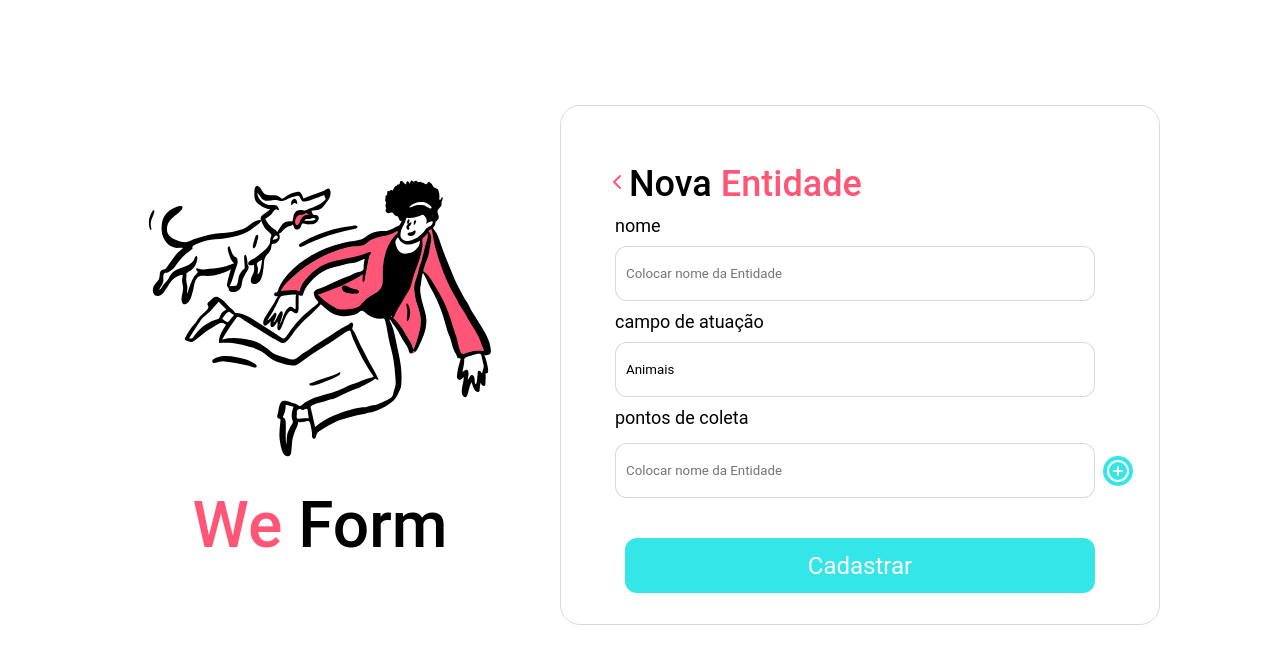
Repository: guilhermecardoso93/we-form
Page: nova-entidade.html
The author's editor kept a copy of each file at every save. The page is drawn from the files as they stood at one save, then again after the next save.
The browser window is 1280 px wide. The pictures show the whole page.
Some web libraries are served in a nearby version.

Above is the page before, as saved 2024-06-09 18:48:01.

### nova-entidade.html
<!DOCTYPE html>
<html lang="pt-BR">

<head>
    <meta charset="UTF-8">
    <meta name="viewport" content="width=device-width, initial-scale=1.0">
    <link rel="stylesheet" href="https://cdnjs.cloudflare.com/ajax/libs/font-awesome/5.13.1/css/all.min.css">
    <link rel="stylesheet" href="./styles.css">
    <title>We Form</title>
</head>

<body>
    <div class="content">

        <aside>
            <img src="./assets/hero.svg" alt="Ilustração mulher com cachorro" />
            <h1>
                <span>We</span> Form
            </h1>
        </aside>

        <main>
            <div class="header">
                <a href="/">
                    <img src="./assets/arrow-back.svg" alt="seta" />
                </a href="/">
                <h2>Nova <span>Entidade</span></h2>
            </div>

            <form>
                <label form="nome">Nome</label>
                <input type="text" placeholder="Colocar nome da Entidade" id="nome">

                <label form="field">Campo de Atuação</label>
                <div class="select-div">
                    <select type placeholder="Colocar o campo de Atuação da Entidade" id="field">
                        <option value="" disabled>Selecione uma opção</option>
                        <option>Animais</option>
                        <option>Crianças</option>
                        <option>Meio Ambiente</option>
                    </select>
                </div>


                <div class="points-things">
                    <label form="points">Pontos de coleta</label>

                    <input type="text" placeholder="Colocar nome da Entidade" id="points">
                    <button>
                                <img src="./assets/plus.svg" alt />
                            </button>

                </div>
            </form>
            <div class="buttons">
                <button>
                            <a href="http://">Cadastrar </a>
                        </div>

                    </main>
                </div>
            </body>

        </html>

### styles.css
* {
  padding: 0;
  margin: 0;
  box-sizing: border-box;
  font-family: Roboto, sans-serif;
}

:root {
  font-size: 62.5%;
  --border-color: .1rem solid rgba(0, 0, 0, 0.15);
}

body {
  font-size: 1.6rem;
  text-decoration: none;
}

button {
  cursor: pointer;
}

.content {
  display: flex;
  flex-wrap: wrap-reverse;
  align-items: center;
  justify-content: center;
  gap: 4rem;
  margin: 10.5rem 0 4rem 0;
}


aside {
  display: flex;
  flex-direction: column;
  align-items: center;
  justify-content: center;
  gap: 2rem;
}

aside h1 {
  font-size: 6.4rem;
  font-weight: 500;
  line-height: 75px;
}

aside h1>span, main h2>span {
  color: #FF5678;
}

aside img {
  width: 40rem;
}


main {
  width: 60rem;
  height: 52rem;
  border: var(--border-color);
  border-radius: 20px;
  padding: 5.7rem 4.4rem;
  position: relative;
}

main h2 {
  max-width: 43rem;
  font-size: 3.6rem;
  font-weight: 500;
}

.buttons {
  display: flex;
  flex-direction: column;
  justify-content: center;
  gap: 3.5rem;
  margin: 2rem;
}


.buttons button {
  background-color: #35e6e9;
  height: 5.5rem;
  border: none;
  border-radius: 12px;
}

.buttons button:hover {
  opacity: 0.5;
}

.buttons button a {
  text-decoration: none;
  color: #fff;
  font-size: 2.4rem;
}

.buttons button+button {
  background-color: #FF5678;
}

.footer {
  display: flex;
  flex-direction: column;
  align-items: center;
  justify-content: center;
  gap: 1rem;
}

.footer p {
  font-size: 1.6rem;
  margin-top: 8rem;
}

.footer a {
  font-size: 1.2rem;
  color: #000;
  text-decoration: none;
}

main form {
  display: flex;
  flex-direction: column;
  padding: 1rem;
}

main form input, main form select {
  width: 48rem;
  height: 5.5rem;
  background-color: #ffff;
  border: var(--border-color);
  border-radius: 12px;
  padding: 1rem;
  margin-bottom: 1rem;
}

main form select {
  appearance: none;
}
.select-div {
  position: relative;
}

.select-div::after {
  content: "";
  z-index: 1;
}



main form label {
  font-size: 1.8rem;
  font-weight: 400;
  text-transform: lowercase;
  margin-bottom: 1rem;
  display: block;
}

.header {
  display: flex;
  align-items: center;
}

.points-things {
  display: flex;
  flex-direction: column;
  justify-content: space-between;
  align-items: start;
  gap: 0.5rem;
  position: relative;
}

.points-things button {
  display: flex;
  border: none;
  border-radius: 50px;
  height: 30px;
  width: 30px;
  align-items: center;
  justify-content: center;
  background-color: #35e6e9;
  position: absolute;
  right: -2.8rem;
  top: calc(2.7rem + 2.2rem);
  cursor: pointer;
}

### assets/arrow-back.svg
<svg xmlns="http://www.w3.org/2000/svg" width="24" height="24" viewBox="0 0 24 24" fill="none" stroke="#FF5678" stroke-width="2" stroke-linecap="round" stroke-linejoin="round" class="lucide lucide-chevron-left"><path d="m15 18-6-6 6-6"/></svg>

### assets/plus.svg
<svg xmlns="http://www.w3.org/2000/svg" width="24" height="24" viewBox="0 0 24 24" fill="none" stroke="#fff" stroke-width="2" stroke-linecap="round" stroke-linejoin="round" class="lucide lucide-circle-plus"><circle cx="12" cy="12" r="10"/><path d="M8 12h8"/><path d="M12 8v8"/></svg>

After the next save:
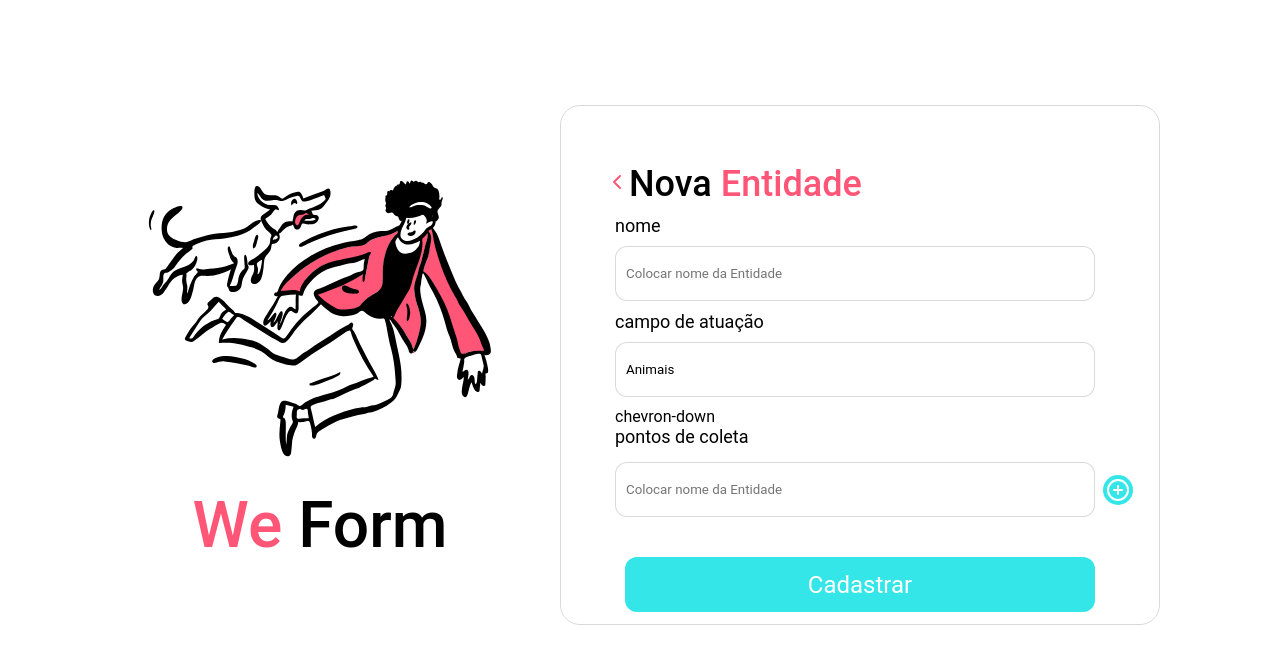
Saved 110 s later.
--- a/styles.css
+++ b/styles.css
@@ -1,3 +1,5 @@
+@import 'lucide-static/font/Lucide.css';
+
 * {
   padding: 0;
   margin: 0;
@@ -140,8 +142,9 @@
 }
 
 .select-div::after {
-  content: "";
+  content: "chevron-down";
   z-index: 1;
+
 }
 
 

After the 3 saves that followed:
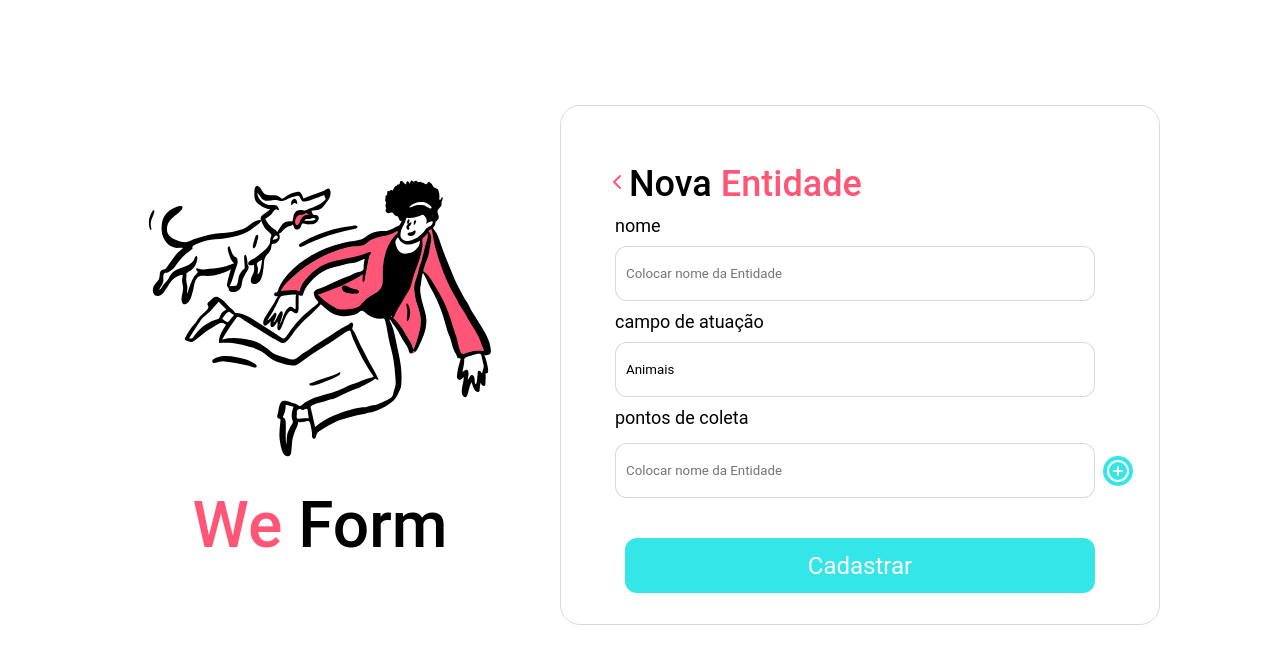
The 3 saves are shown as one change because 2 left the picture as it was.
The last was saved 2 min 9 s later.
--- a/nova-entidade.html
+++ b/nova-entidade.html
@@ -1,64 +1,73 @@
 <!DOCTYPE html>
 <html lang="pt-BR">
 
-<head>
-    <meta charset="UTF-8">
-    <meta name="viewport" content="width=device-width, initial-scale=1.0">
-    <link rel="stylesheet" href="https://cdnjs.cloudflare.com/ajax/libs/font-awesome/5.13.1/css/all.min.css">
-    <link rel="stylesheet" href="./styles.css">
-    <title>We Form</title>
-</head>
+    <head>
+        <meta charset="UTF-8">
+        <meta name="viewport" content="width=device-width, initial-scale=1.0">
+        <link rel="stylesheet"
+            href="https://cdnjs.cloudflare.com/ajax/libs/font-awesome/5.13.1/css/all.min.css">
+        <link rel="stylesheet" href="./styles.css">
+        <title>We Form</title>
+    </head>
 
-<body>
-    <div class="content">
+    <body>
+        <div class="content">
 
-        <aside>
-            <img src="./assets/hero.svg" alt="Ilustração mulher com cachorro" />
-            <h1>
-                <span>We</span> Form
-            </h1>
-        </aside>
+            <aside>
+                <img src="./assets/hero.svg"
+                    alt="Ilustração mulher com cachorro" />
+                <h1>
+                    <span>We</span> Form
+                </h1>
+            </aside>
 
-        <main>
-            <div class="header">
-                <a href="/">
-                    <img src="./assets/arrow-back.svg" alt="seta" />
-                </a href="/">
-                <h2>Nova <span>Entidade</span></h2>
-            </div>
+            <main>
+                <div class="header">
+                    <a href="/">
+                        <img src="./assets/arrow-back.svg" alt="seta" />
+                        </a href="/">
+                        <h2>Nova <span>Entidade</span></h2>
+                    </div>
 
-            <form>
-                <label form="nome">Nome</label>
-                <input type="text" placeholder="Colocar nome da Entidade" id="nome">
+                    <form>
+                        <label form="nome">Nome</label>
+                        <input type="text"
+                            placeholder="Colocar nome da Entidade" id="nome">
 
-                <label form="field">Campo de Atuação</label>
-                <div class="select-div">
-                    <select type placeholder="Colocar o campo de Atuação da Entidade" id="field">
-                        <option value="" disabled>Selecione uma opção</option>
-                        <option>Animais</option>
-                        <option>Crianças</option>
-                        <option>Meio Ambiente</option>
-                    </select>
-                </div>
+                        <label form="field">Campo de Atuação</label>
+                        <div class="select-div">
+                            <select type
+                                placeholder="Colocar o campo de Atuação da Entidade"
+                                id="field">
+                                <option value disabled>Selecione uma
+                                    opção</option>
+                                <option>Animais</option>
+                                <option>Crianças</option>
+                                <option>Meio Ambiente</option>
+                            </select>
+                        </div>
 
+                        <div class="points-things">
+                            <label form="points">Pontos de coleta</label>
 
-                <div class="points-things">
-                    <label form="points">Pontos de coleta</label>
-
-                    <input type="text" placeholder="Colocar nome da Entidade" id="points">
-                    <button>
+                            <input type="text"
+                                placeholder="Colocar nome da Entidade"
+                                id="points">
+                            <button>
                                 <img src="./assets/plus.svg" alt />
                             </button>
 
-                </div>
-            </form>
-            <div class="buttons">
-                <button>
+                        </div>
+                    </form>
+                    <div class="buttons">
+                        <button>
                             <a href="http://">Cadastrar </a>
                         </div>
 
                     </main>
                 </div>
+                <script
+                    src="https://unpkg.com/lucide@latest/dist/umd/lucide.js"></script>
             </body>
 
         </html>
--- a/styles.css
+++ b/styles.css
@@ -141,11 +141,6 @@
   position: relative;
 }
 
-.select-div::after {
-  content: "chevron-down";
-  z-index: 1;
-
-}
 
 
 
